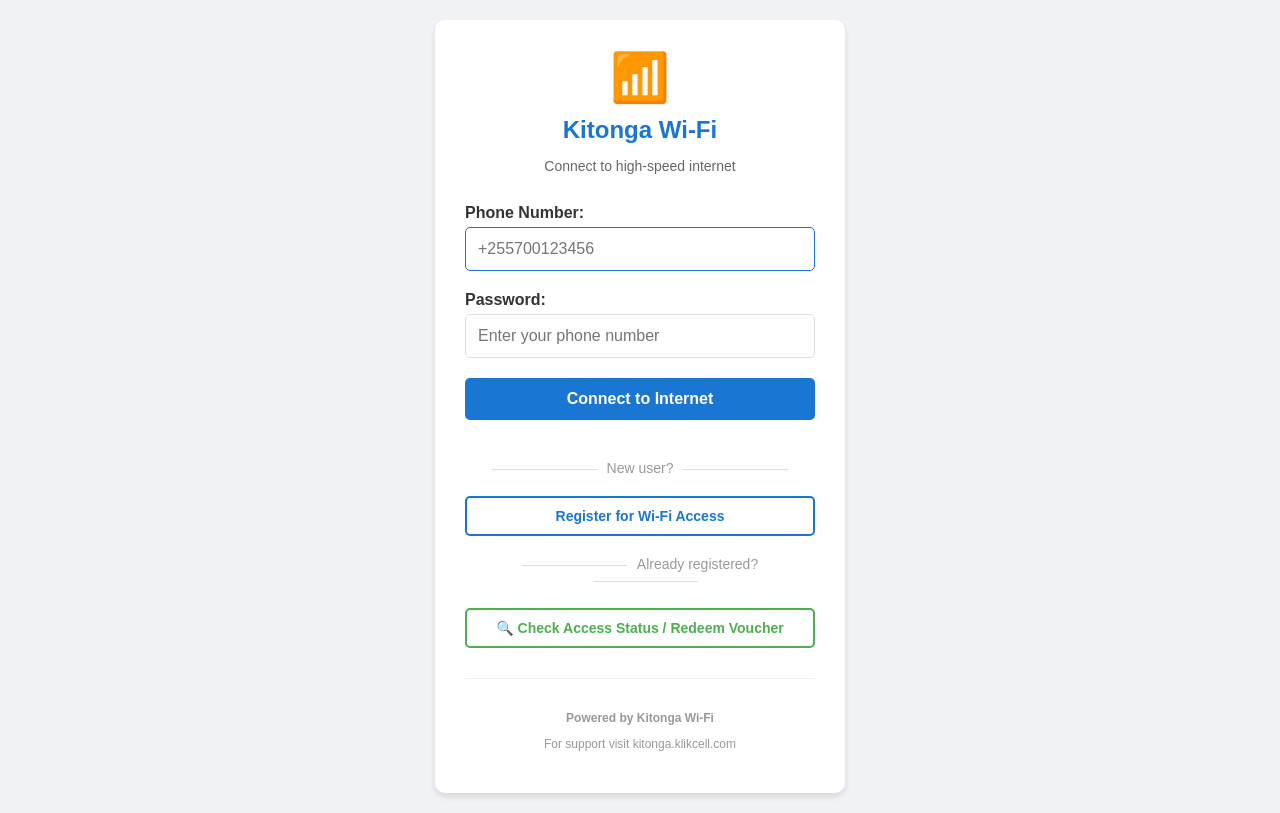
Repository: amirizo/kitonga
Page: hotspot_html/login.html
The author's editor kept a copy of each file at every save. The page is drawn from the files as they stood at one save, then again after the next save.
The browser window is 1280 px wide. The pictures show the whole page.

Above is the page before, as saved 2026-01-16 07:52:33.

After the next save:
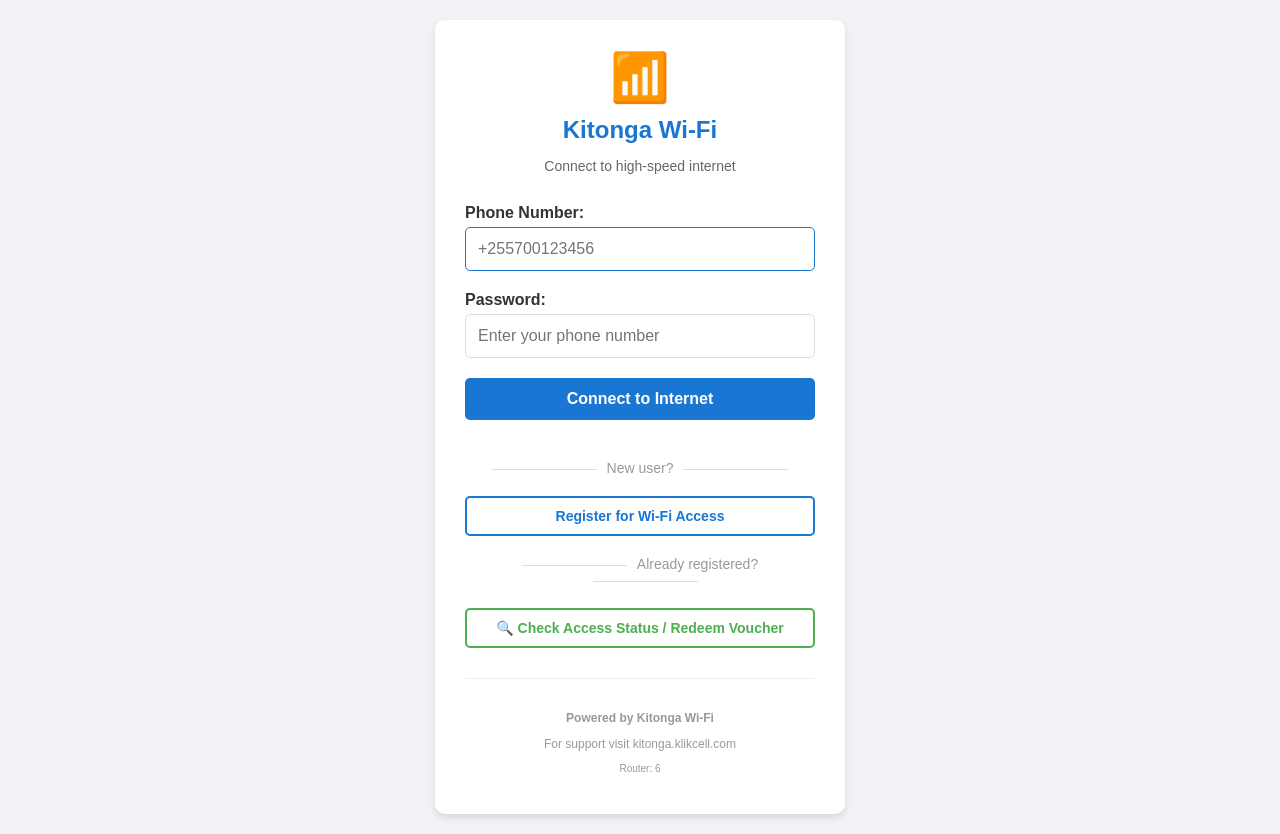
Saved 10 s later.
--- a/hotspot_html/login.html
+++ b/hotspot_html/login.html
@@ -627,6 +627,11 @@
         var routerId = getRouterId()
         if (routerId) {
           console.log('📡 Connected to router ID:', routerId)
+          // Show in footer for verification
+          var routerInfoEl = document.getElementById('router-info')
+          if (routerInfoEl) {
+            routerInfoEl.textContent = 'Router: ' + routerId
+          }
         }
 
         // Focus username
